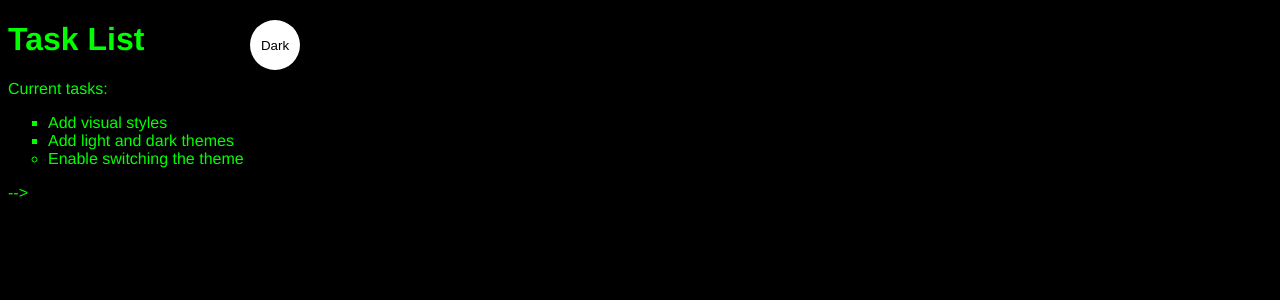
Repository: MaggieMengXingchen/Class-4
Page: index.html
The author's editor kept a copy of each file at every save. The page is drawn from the files as they stood at one save, then again after the next save.
The browser window is 1280 px wide. The pictures show the whole page.

Above is the page before, as saved 2024-02-14 14:31:38.

After the next save:
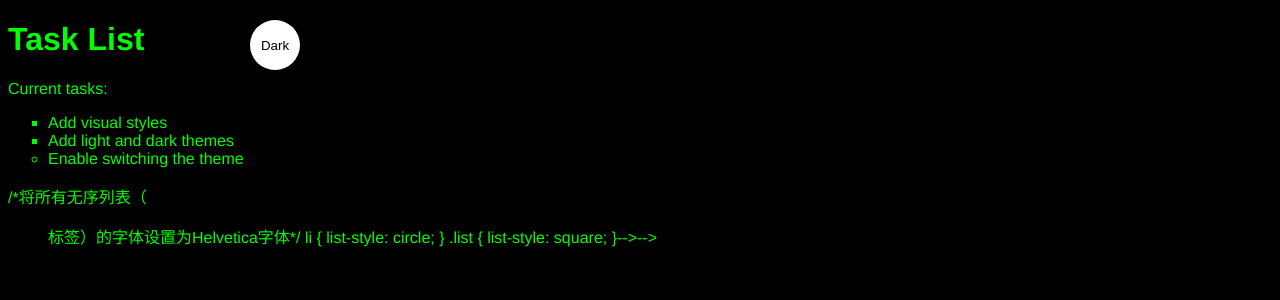
Saved 9 s later.
--- a/index.html
+++ b/index.html
@@ -18,7 +18,7 @@
     <div>
         <button class="btn">Dark</button>
         </div>
-    <script src="app.js"></script><!--/*将所有无序列表（<ul>标签）的字体设置为Helvetica字体*/
+    <script src="app.js"></script>/*将所有无序列表（<ul>标签）的字体设置为Helvetica字体*/
         li {
         list-style: circle;
         }

After the save that followed:
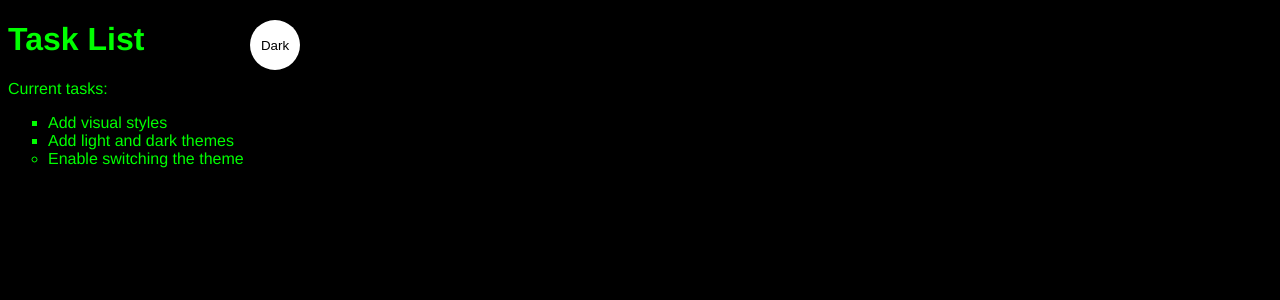
Saved 6 s later.
--- a/index.html
+++ b/index.html
@@ -18,13 +18,7 @@
     <div>
         <button class="btn">Dark</button>
         </div>
-    <script src="app.js"></script>/*将所有无序列表（<ul>标签）的字体设置为Helvetica字体*/
-        li {
-        list-style: circle;
-        }
-        .list {
-        list-style: square;
-        }-->-->
+    <script src="app.js"></script><!---->
 </body>
 
 <script>alert('Hello World')</script>
